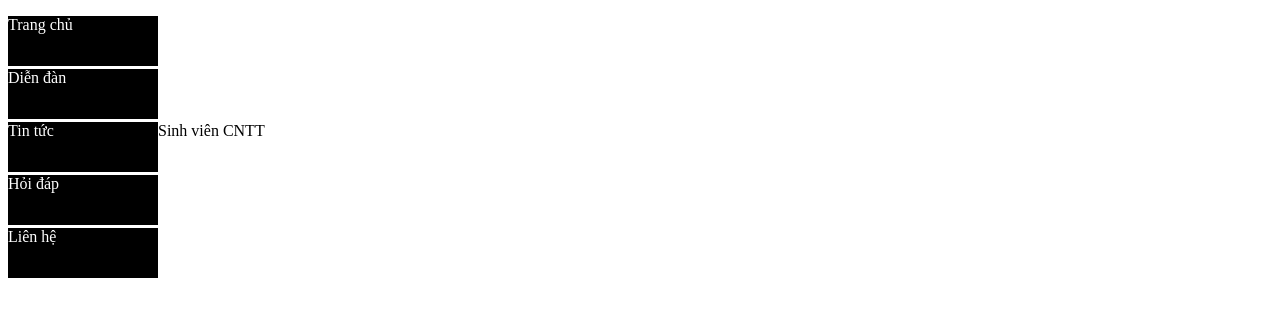
Repository: Tan-Khang21/TH_TKW--Buoi_08
Page: Bai_Tap_Tren_Lop/Bai_02/Bai_02.html
The author's editor kept a copy of each file at every save. The page is drawn from the files as they stood at one save, then again after the next save.
The browser window is 1280 px wide. The pictures show the whole page.

Above is the page before, as saved 2024-03-13 20:04:57.

### Bai_Tap_Tren_Lop/Bai_02/Bai_02.html
<!DOCTYPE html>
<html lang="en">
  <head>
    <meta charset="UTF-8" />
    <meta name="viewport" content="width=device-width, initial-scale=1.0" />
    <title>Document</title>
    <link rel="stylesheet" href="style.css" />
  </head>
  <body>
    <ul type="none" class="list1">
      <li class="list1_item">Trang chủ</li>
      <div
        style="display: flex; align-items: first baseline; position: relative"
      >
        <li class="list1_item_a">Diễn đàn</li>
        <ul type="none" class="list2">
          <li class="list2_item">Sinh viên Hufi</li>
          <div
            class="color"
            style="
              display: flex;
              align-items: first baseline;
              position: absolute;
            "
          >
            <li class="list2_item_c">Sinh viên CNTT</li>
            <ul type="none" class="list3">
              <li class="list3_item" style="background-color: red">
                Khóa 09DHTH
              </li>
              <li class="list3_item">Khóa 10DHTH</li>
            </ul>
          </div>
        </ul>
      </div>
      <div
        style="display: flex; align-items: first baseline; position: relative"
      >
        <li class="list1_item">Tin tức</li>
        <!-- <ul
          type="none"
          class="list2_b"
          style="position: absolute; transform: translate(150px)"
        >
          <li class="list2_item">Học vụ</li>
          <li class="list2_item">Điểm rèn luyện</li>
          <li class="list2_item">Đoàn thể</li>
          <li class="list2_item">Sinh hoạt ngoại khóa</li>
        </ul> -->
      </div>
      <li class="list1_item">Hỏi đáp</li>
      <li class="list1_item">Liên hệ</li>
    </ul>
  </body>
</html>

### Bai_Tap_Tren_Lop/Bai_02/style.css
ul {
  padding: 0;
}

.list1_item,
.list1_item_a {
  width: 150px;
  height: 50px;
  background-color: black;
  color: white;
  border-bottom: 3px solid #fff;
  transition: 0.5s linear; /* Sửa đổi đơn vị thời gian */
}

.list1_item:hover {
  background-color: #454545;
}

.list2_item,
.list3_item {
  width: 150px;
  height: 50px;
  background-color: #808080;
  color: white;
  transition: 0.5s linear; /* Sửa đổi đơn vị thời gian */
  visibility: hidden;
  border-bottom: 3px solid #fff;
}

.list1_item:hover + ul .list2_item,
.list2_item:hover + ul .list3_item {
  visibility: visible;
}

After the next save:
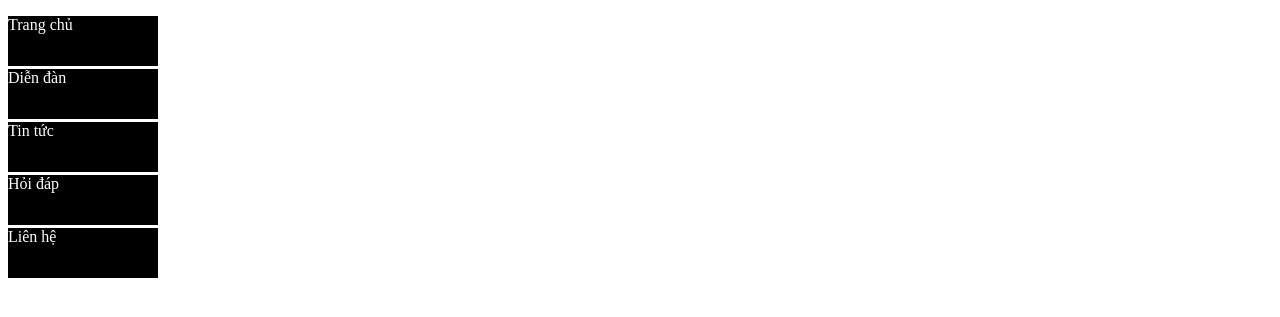
Saved 12 s later.
--- a/Bai_Tap_Tren_Lop/Bai_02/Bai_02.html
+++ b/Bai_Tap_Tren_Lop/Bai_02/Bai_02.html
@@ -12,7 +12,7 @@
       <div
         style="display: flex; align-items: first baseline; position: relative"
       >
-        <li class="list1_item_a">Diễn đàn</li>
+        <li class="list1_item">Diễn đàn</li>
         <ul type="none" class="list2">
           <li class="list2_item">Sinh viên Hufi</li>
           <div
@@ -23,7 +23,7 @@
               position: absolute;
             "
           >
-            <li class="list2_item_c">Sinh viên CNTT</li>
+            <li class="list2_item">Sinh viên CNTT</li>
             <ul type="none" class="list3">
               <li class="list3_item" style="background-color: red">
                 Khóa 09DHTH
@@ -37,7 +37,7 @@
         style="display: flex; align-items: first baseline; position: relative"
       >
         <li class="list1_item">Tin tức</li>
-        <!-- <ul
+        <ul
           type="none"
           class="list2_b"
           style="position: absolute; transform: translate(150px)"
@@ -46,7 +46,7 @@
           <li class="list2_item">Điểm rèn luyện</li>
           <li class="list2_item">Đoàn thể</li>
           <li class="list2_item">Sinh hoạt ngoại khóa</li>
-        </ul> -->
+        </ul>
       </div>
       <li class="list1_item">Hỏi đáp</li>
       <li class="list1_item">Liên hệ</li>
